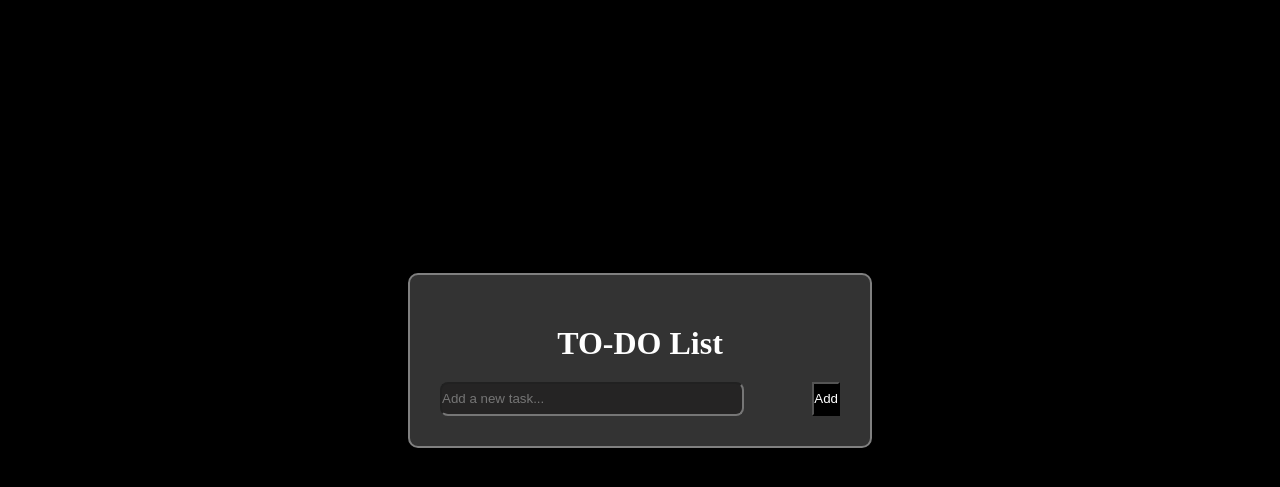
Repository: ksusmitha879-cyber/todo-list
Page: index.html
An editor plug-in stored every save of this project. The page is shown before and after the next save, followed by the edit.
The browser window is 1280 px wide. The pictures show the whole page.

Above is the page before, as saved 2025-11-28 02:31:31.

### index.html
<!DOCTYPE html>
<html lang="en">
<head>
    <meta charset="UTF-8">
    <meta name="viewport" content="width=device-width, initial-scale=1.0">
    <title>TO-DO List</title>
    <link rel="stylesheet" href="style.css">
</head>
<body>
    <div class="container">
        <h1>TO-DO List</h1>
        <div class="input-container">
            <input type="text" id="todo-input" placeholder="Add a new task..."/>
            <button>Add</button>
        </div>
    </div>
</body>
</html>

### style.css
*{
    margin: 0;
    padding: 0;
    background-color: black;
    color: white;
}

html, body{
    height: 100%;
    display: grid;
    place-items: center;
}
.container{
    padding: 30px;
    background-color: rgb(51, 51, 51);
    width: 400px;
    height: auto;
    border: 2px solid grey;
    border-radius: 10px;
}
h1{
    display: flex;
    align-items: center;
    justify-content: center;
    background-color: rgb(51, 51, 51);
    margin: 20px;
}
.input-container{
    background-color: rgb(51, 51, 51);
    width: 100%;
    display: flex;
    justify-content: space-between;
}
input{
    background-color: #252424;
    color: white;
    width: 75%;
    height: 30px;
    border-radius: 8px;
    bord
}

After the next save:
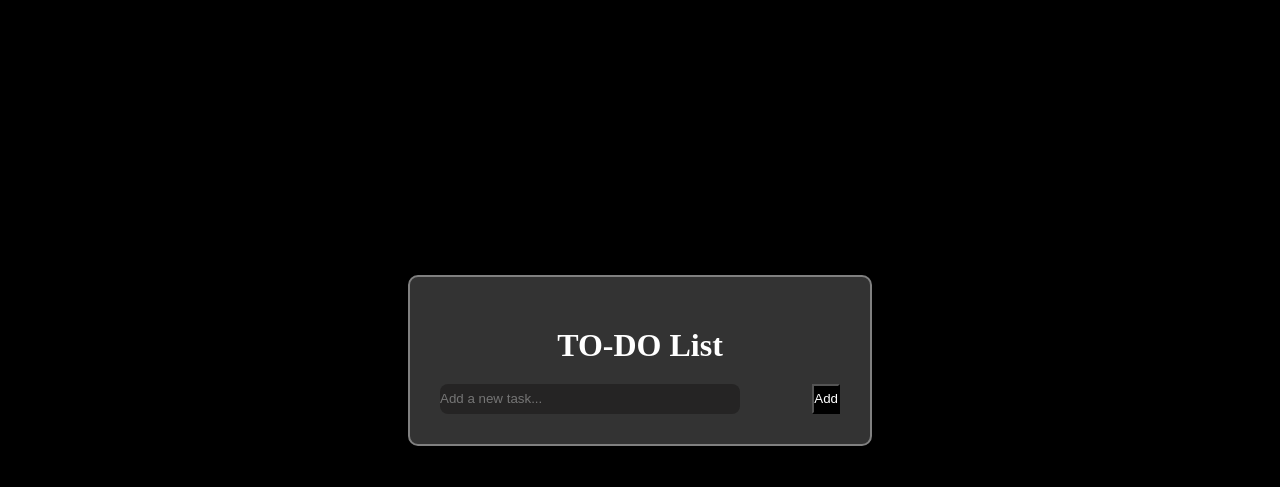
Saved 5 s later.
--- a/style.css
+++ b/style.css
@@ -37,5 +37,5 @@ input{
     width: 75%;
     height: 30px;
     border-radius: 8px;
-    bord
+    border-style: none;
 }
